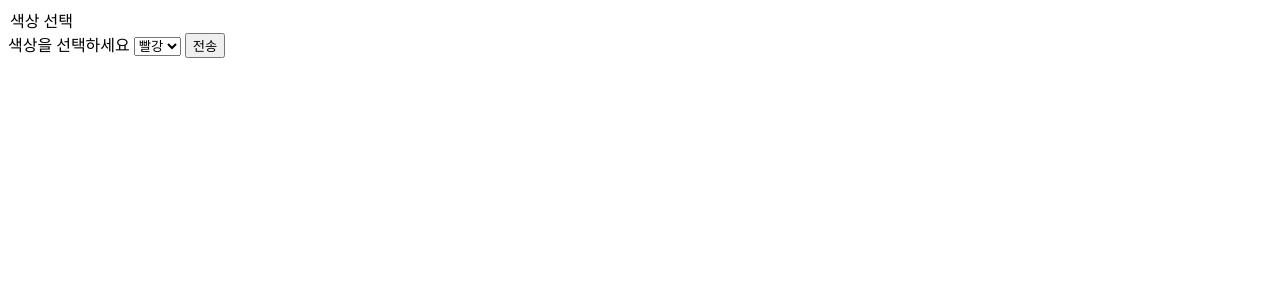
Repository: UnibusK/Java-Study
Page: http://localhost/JSP30/
The author's editor kept a copy of each file at every save. The page is drawn from the files as they stood at one save, then again after the next save.
The browser window is 1280 px wide. The pictures show the whole page.
The page is served by Tomcat 9.

Above is the page before, as saved 2023-12-07 05:16:05.

### JSP/JSP30/src/main/webapp/index.jsp
<%@ page language="java" contentType="text/html; charset=UTF-8"
    pageEncoding="UTF-8"%>
<!DOCTYPE html>
<html>
	<head>
		<meta charset="UTF-8">
		<title>JSTL if문</title>
	</head>
	<body>
		<div id="warp">

			<legend>색상 선택</legend>
				<form method="get" action="select.jsp">
					색상을 선택하세요
					<select name="color">
						<option value="1">빨강</option>
						<option value="2">주황</option>
						<option value="3">노랑</option>
						<option value="4">초록</option>
						<option value="5">파랑</option>
						<option value="6">남색</option>
						<option value="7">보라</option>
					</select>
					<input type="submit" value="전송">
				</form>

		</div>

	</body>
</html>

After the next save:
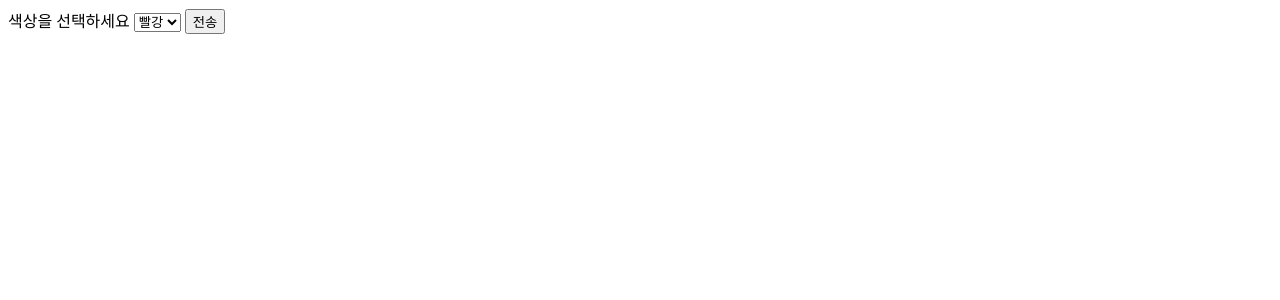
Saved 83 s later.
--- a/JSP/JSP30/src/main/webapp/index.jsp
+++ b/JSP/JSP30/src/main/webapp/index.jsp
@@ -8,23 +8,19 @@
 	</head>
 	<body>
 		<div id="warp">
-
-			<legend>색상 선택</legend>
-				<form method="get" action="select.jsp">
-					색상을 선택하세요
+			<form method="get" action="select.jsp">
+				색상을 선택하세요
 					<select name="color">
-						<option value="1">빨강</option>
-						<option value="2">주황</option>
-						<option value="3">노랑</option>
-						<option value="4">초록</option>
-						<option value="5">파랑</option>
-						<option value="6">남색</option>
-						<option value="7">보라</option>
-					</select>
-					<input type="submit" value="전송">
-				</form>
-
+					<option value="1">빨강</option>
+					<option value="2">주황</option>
+					<option value="3">노랑</option>
+					<option value="4">초록</option>
+					<option value="5">파랑</option>
+					<option value="6">남색</option>
+					<option value="7">보라</option>
+				</select>
+				<input type="submit" value="전송">
+			</form>
 		</div>
-
 	</body>
 </html>
